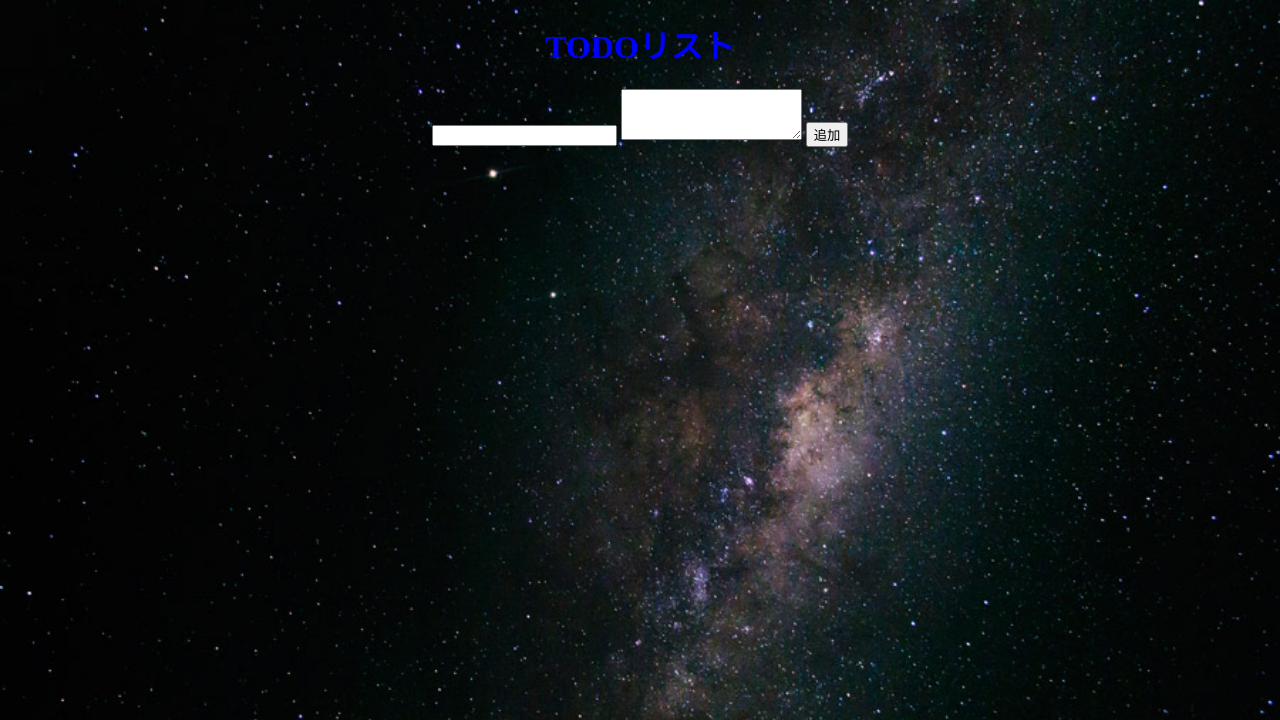
Repository: kntb2565/todolist
Page: src/index.html
The author's editor kept a copy of each file at every save. The page is drawn from the files as they stood at one save, then again after the next save.
The browser window is 1280 px wide. The pictures show the whole page.

Above is the page before, as saved 2018-10-22 22:02:28.

### src/index.html
<!DOCTYPE html>
<html lang="ja">
<head>
  <meta charset="utf-8">
  <title>todolist</title>
  <link rel="stylesheet" href="css/styles.css" type="text/css">
  <style>
    body {
        background-image: url("img/utyu3.jpg");
        background-size: cover;
    }
  </style>
</head>

  <div class="todo">
    <h1>TODOリスト</h1>
    <input type="text" />
    <textarea rows="3"></textarea>
    <input type="button" value="追加" />

  </div>
</html>

### src/css/styles.css
.todo{
    color: blue;
    text-align: center;
   }

After the next save:
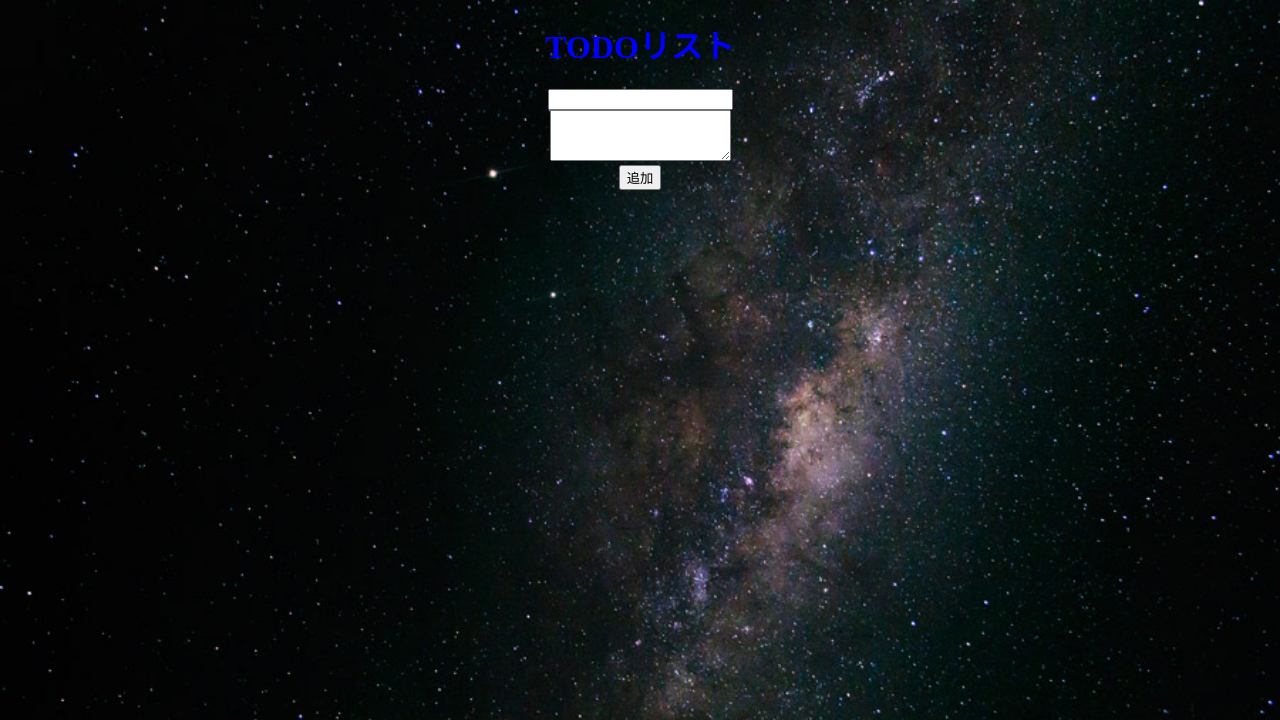
Saved 45 s later.
--- a/src/index.html
+++ b/src/index.html
@@ -15,7 +15,10 @@
   <div class="todo">
     <h1>TODOリスト</h1>
     <input type="text" />
+ <div class="todo1">
     <textarea rows="3"></textarea>
+ </div>
+
     <input type="button" value="追加" />
 
   </div>
